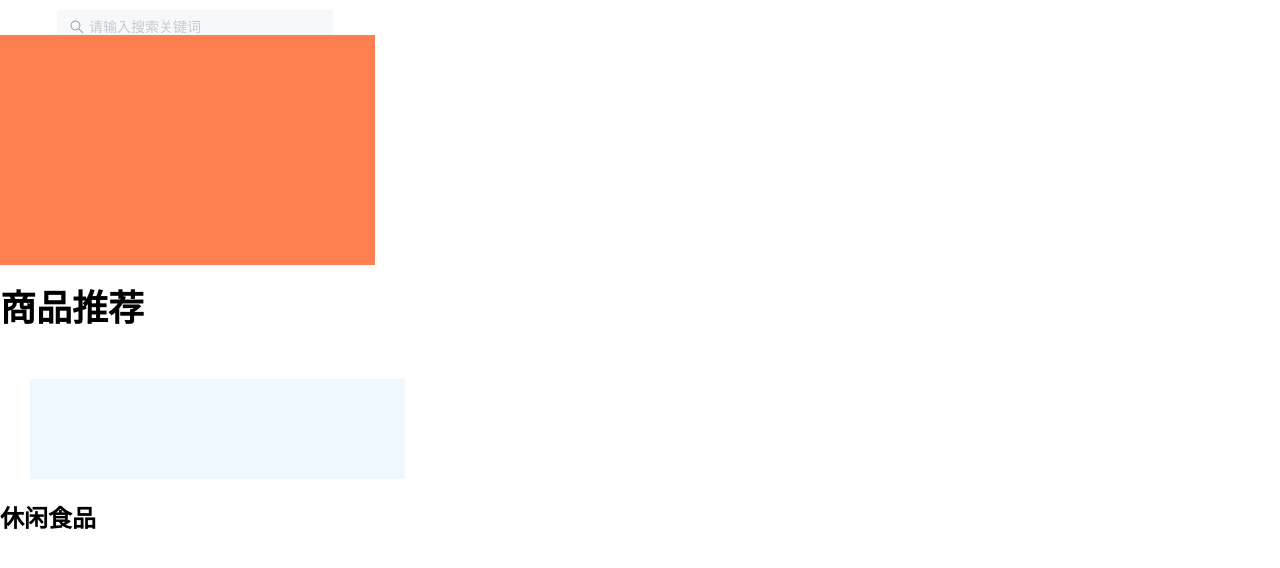
Repository: liyang777777/shangcheng
Page: /
These files come from the project's save history. The page is drawn as it stood at one moment and after the next save; the edit follows.
The browser window is 1280 px wide. The pictures show the whole page.
The page's requests for data from a server got no answer. The project was rebuilt for these pictures with package versions that can differ from the ones it lists, and the page was loaded fresh each time. No one was signed in, and anything a server would have sent is missing. Also part of the build but not shown: vue.config.js. Imported but missing from the stored project, and not drawn on this page: src/views/About.

Above is the page before, as saved 2020-06-23 15:06:48.

### src/main.js
import Vue from 'vue';
import App from './App.vue';
import router from './router';
import store from './store';
import Vant from 'vant';
import 'vant/lib/index.css';
import api from '../src/http/api'
import { Form } from 'vant';
import { Search } from 'vant';
import { Swipe, SwipeItem } from 'vant';
import { Image as VanImage } from 'vant';
import { Card } from 'vant';
import { Icon } from 'vant';

Vue.config.productionTip = false
Vue.use(Vant);
Vue.prototype.$api = api
Vue.use(Form);
Vue.use(Search);
Vue.use(Swipe);
Vue.use(SwipeItem);
Vue.use(VanImage);
Vue.use(Card);
Vue.use(Icon);

new Vue({
  router,
  store,
  render: h => h(App)
}).$mount('#app')

### src/App.vue
<template>
  <div id="app">

    <router-view/>
  </div>
</template>

<style lang="scss">

</style>

### src/router/index.js
import Vue from 'vue'
import VueRouter from 'vue-router'
import Home from '../views/Home.vue'


Vue.use(VueRouter)

  const routes = [
  {
    path: '/',
    name: 'Home',
    component: Home
  },
  {
    path: '/about',
    name: 'About',

    component: () => import('../views/About')
  },
  {
    path: '/details',
    name: 'Details',

    component: () => import('../views/details/Details')
  },
  {
    path: '/login',
    name: 'Login',

    component: () => import('../views/login/Login')
  }
]

const router = new VueRouter({
  mode: 'history',
  base: process.env.BASE_URL,
  routes
})

export default router

### src/store/index.js
import Vue from 'vue'
import Vuex from 'vuex'

Vue.use(Vuex)

export default new Vuex.Store({
  state: {
    slides: [],
    category: [],
    recommend: []
  },
  mutations: {
    setSlides(state,data) {
      state.slides = data
    },
    setCategory(state,data) {
      state.category = data
    },
    setRecommend(state,data) {
      state.recommend = data
    }
  },
  actions: {
  },
  modules: {
  }
})

### src/http/api.js
import service from './index'

export default {
    // login(params) {
    //     return service.post('/user/login',params)
    // },
    // 获取首页数据
    getDataHome() {
        return service.get('/recommend')
    },
    // 搜索
    getDataSearch(value) {
        return service.get('/search')
    },
    // 分类查询
    getDataQuery(id) {
        return service.get('/classification?mallSubId=${id}')
    },
    // 查询获取购物车数据
    getDataCart() {
        return service.get('/getCard')
    },
    // 单个商品详情
    getDataSingle() {
        return service.get('/goods/one?id=${id}')
    },
    //  查询用户订单数量
    getDataUser() {
        return service.get('/myOrder/orderNum')
    },
    //  获取登录注册默认验证码
    getDataCode() {
        return service.get('/v1/verify')
    },
    // 查询用户收货地址
    getDataCustomer() {
        return service.get('/getAddress')
    },
    // 查询默认收货地址
    getDataDefault() {
        return service.get('/getDefaultAddress')
    },
    // 查询我的收藏
    getDataCollection() {
        return service.get('/collection/list')
    },
    // 订单查询
    getDataOrquery() {
        return service.get('/getMyOrder')
    },
    // 查询已评价
    getDataEvaluated() {
        return service.get('/alreadyEvaluated')
    },
    // 查询未评价
    getDataNotEvaluated() {
        return service.get('/tobeEvaluated')
    },
    // 购物车加减商品
    getEditCart(count, id, mallPrice) {
        return service.post('/editCart', {
            count,
            id,
            mallPrice
        })
    },
    // 购物车商品删除
    getDeleteShop(id) {
        return service.post('/deleteShop', {
            id
        })
    },
    // 购物车支付页面
    getder(address, tel, orderld, totalPrice, idDirect, count) {
        return service.post('/order', {
            address,
            tel,
            orderld,
            totalPrice,
            idDirect,
            count
        })
    },
    // 收藏单个商品
    getCollection(goods) {
        return service.post('/collection', {
            goods
        })
    },
    // 取消收藏
    getCancelCollection(id) {
        return service.post('/cancelCollection', {
            id
        })
    },
    // 查询商品是否已收藏
    getIsCollection(id) {
        return service.post('/isCollection', {
            id
        })
    },
    // 加入购物车
    getAddShop(id) {
        return service.post('/addShop', {
            id
        })
    },
// 退出登录
    getLoginOut() {
        return service.post('/loginOut')
    },
    // 获取用户信息
    getQueryUser() {
        return service.post('/queryUser')
    },
    // 修改保存用户信息
    getSaveUser() {
        return service.post('/saveUser', {
            year,
            month,
            day,
            id,
            nickname
        })
    },
    // 商品评论
    getGoodsOne() {
        return service.post('/goodsOne/comment', {
            id,
            rate,
            content,
            anonymous,
            _id,
            order_id,
            image
        })
    },
    // 设置默认收货地址
    getSetDefaultAddress() {
        return service.post('/setDefaultAddress',{
            id
        })
    },
    // 增加收货地址
    getName() {
        return service.post('/address', {
            name,
            tel,
            address,
            isDefault,
            province,
            city,
            county,
            addressDetail,
            areaCode,
            id
        })
    },
    // 删除地址
    getDeleteAddress() {
        return service.post('/deleteAddress',{
            id
        })
    },
    // 注册
    getRegister() {
        return service.post('/register',{
            nickname,
            password,
            verify
        })
    },
    // 登录
    getLogin() {
        return service.post('/login',{
            nickname,
            password,
            verify
        })
    },
    // 查询单条评论
    getEluateOne() {
        return service.post('/evaluateOne',{
            id,
            _id
        })
    }
}

### src/views/Home.vue
<template>
  <div class="All">
    <div>
      <Nav></Nav>
    </div>
    <div>
      <Roc></Roc>
    </div>
     <div>
      <Mip></Mip>
    </div>
     <div>
      <Prre></Prre>
    </div>
  </div>
</template>

<script>
import axios from "axios";
import Nav from "../components/Nav";
import Roc from "../components/Roc";
import Mip from "../components/Mip"
import Prre from "../components/Prre"
export default {
  name: "",
  props: {},
  components: {
    Nav,
    Roc,
    Mip,
    Prre
  },
  data() {
    return {};
  },
  methods: {},
  mounted() {
    this.$api
      .getDataHome()
      .then(res => {
        this.$store.commit("setSlides", res.data.slides);
        this.$store.commit("setCategory",res.data.category)
        this.$store.commit("setRecommend",res.data.recommend)
        console.log(res.data);
      })
      .catch(err => {
        console.log(err);
      });
  },
  watch: {},
  computed: {}
};
</script>

<style scoped lang='scss'>

</style>

### src/http/index.js
import axios from 'axios'
const service = axios.create({
    baseURL: '/api',
    timeout: 10000
})


service.interceptors.response.use( res => {
    return res.data
})


export default service

### src/components/Nav.vue
<template>
  <!-- 顶部 -->
  <div class="content">
    <div class="box2">
      <van-search v-model="value" placeholder="请输入搜索关键词" />
    </div>
  </div>
</template>

<script>
import { Toast } from "vant";
export default {
  name: "",
  props: {},
  components: {},
  data() {
    return {
      value: ""
    };
  },
  methods: {},
  mounted() {},
  watch: {},
  computed: {}
};
</script>

<style scoped lang='scss'>
.box2 {
  width: 300px;
  height: 25px;
  margin-left: 45px;
  font-size: 18px;
}
</style>

### src/components/Roc.vue
<template>
<!-- 轮播图 -->
  <div class="box">
    <van-swipe :autoplay="3000">
      <van-swipe-item v-for="(item, index) in slides" :key="index">
        <img v-lazy="item.image" class="img">
      </van-swipe-item>
    </van-swipe>
  </div>
</template>

<script>
import Vue from "vue";
import { Lazyload } from "vant";
Vue.use(Lazyload);

export default {
  name: "",
  props: {

  },
  components: {},
  data() {
    return {

    };
  },
  methods: {},
  mounted() {},
  watch: {},
  computed: {
    slides() {
      return this.$store.state.slides;
    }
  }
};
</script>

<style scoped lang='scss'>
.img {
    width: 375px;
    height: 200px;
    margin-top: 30px;
}
</style>

### src/components/Mip.vue
<template>
  <!-- 中间部分 -->
  <div>
    <div class="box">
      <div v-for="(item,index) in category" :key="index" class="box1">
        <img :src="item.image" class="img" />
        <div class="name">{{item.mallCategoryName}}</div>
      </div>
      <div>
        <img src="https://images.baixingliangfan.cn/advertesPicture/20180404/20180404085441_850.gif" class="img1">
      </div>
    </div>
  </div>
</template>

<script>
export default {
  name: "",
  props: {},
  components: {},
  data() {
    return {};
  },
  methods: {},
  mounted() {},
  watch: {},
  computed: {
    category() {
      return this.$store.state.category;
    }
  }
};
</script>

<style scoped lang='scss'>
.box {
  width: 375px;
  height: 230px;
  display: flex;
  position: relative;
  background: coral;
  top: 10px;
}
.img {
  width: 50px;
  height: 50px;
  margin-left: 20px;
  margin-top: 20px;
}
.name {
  margin-left: 10px;
}
.img1 {
  width: 300px;
  height: 50px;
  margin-top: 120px;
  margin-left: -300px;
}
</style>

### src/components/Prre.vue
<template>
  <div>
    <!-- 商品推荐 -->
    <div>
      <div class="box">
        <h1>商品推荐</h1>
      </div>
      <div class="box1">
        <div v-for="(item,index) in recommend" :key="index">
          <div>
            <img :src="item.image" class="img" width="115px" height="115px" />
          </div>
          <div class="box2">{{item.goodsName}}</div>
          <div class="box3">￥{{item.mallPrice}}</div>
          <div class="box4">￥{{item.price}}</div>
          <div class="box5">
            <van-icon name="cart-o" color="#FFA82E" />
            <van-tag plain type="danger">查看详情</van-tag>
          </div>
        </div>
      </div>
    </div>
    <!-- 休闲食品 -->
    <div>
      <div class="All">
        <h2>休闲食品</h2>
      </div>
    </div>
  </div>
</template>

<script>
export default {
  name: "",
  props: {},
  components: {},
  data() {
    return {};
  },
  methods: {},
  mounted() {},
  watch: {},
  computed: {
    recommend() {
      return this.$store.state.recommend;
    }
  }
};
</script>

<style scoped lang='scss'>
.box {
  width: 200px;
  height: 100px;
  font-size: 18px;
}
.box1 {
  width: 375px;
  height: 100px;
  display: flex;
  margin-left: 30px;
  background: aliceblue;
}
.box2 {
  font-size: 14px;
}
.box4 {
  margin-top: -20px;
  margin-left: 60px;
  text-decoration: line-through;
}

</style>

Loaded but not shown: public/index.html (common file)

After the next save:
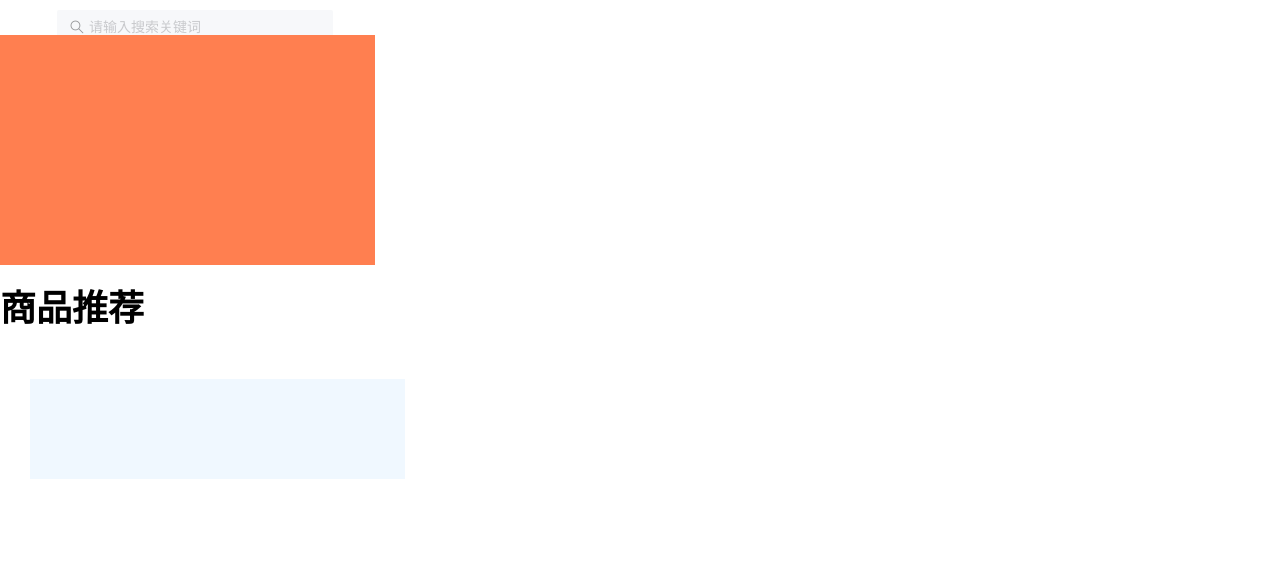
Saved 64 s later.
--- a/src/components/Prre.vue
+++ b/src/components/Prre.vue
@@ -23,7 +23,7 @@
     <!-- 休闲食品 -->
     <div>
       <div class="All">
-        <h2>休闲食品</h2>
+
       </div>
     </div>
   </div>
@@ -69,5 +69,12 @@ export default {
   margin-left: 60px;
   text-decoration: line-through;
 }
-
+.All {
+  width: 200px;
+  height: 100px;
+  font-size: 18px;
+  margin-top: 120px;
+  margin-left: 130px;
+  color:rgb(243, 25, 25);
+}
 </style>
